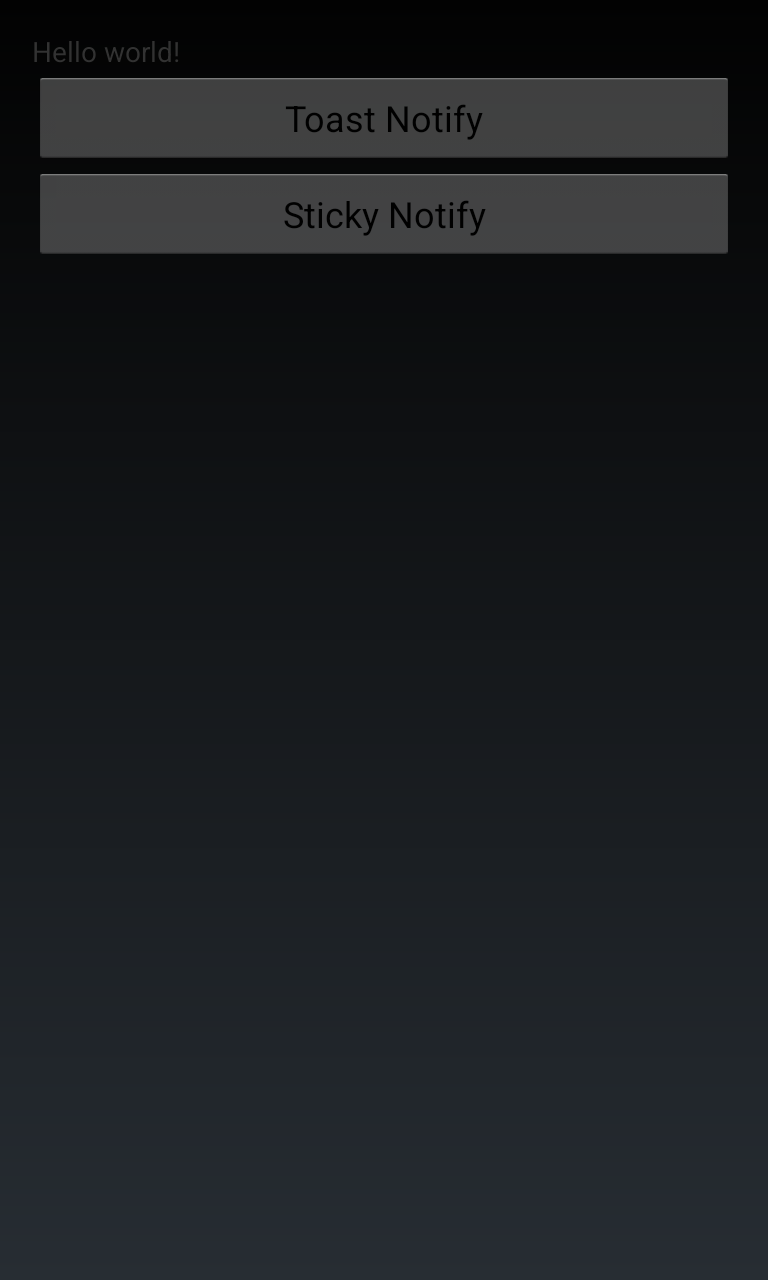
Repository: zubke/NotifyLib
Layout: Android-NotifySample/res/layout/activity_main.xml
The author's editor kept a copy of each file at every save. The layout is drawn from the files as they stood at one save, then again after the next save.
It is drawn on a 768 x 1280 px phone screen (xhdpi) without system bars, with theme AppTheme; the app's code is not run.

Above is the layout before, as saved 2013-10-07 19:15:55.

### Android-NotifySample/res/layout/activity_main.xml
<?xml version="1.0" encoding="utf-8"?>
<ScrollView xmlns:android="http://schemas.android.com/apk/res/android"
    android:layout_width="fill_parent"
    android:layout_height="fill_parent"
    android:background="@drawable/app_background" >

    <RelativeLayout
        android:layout_width="match_parent"
        android:layout_height="wrap_content"
        android:paddingBottom="@dimen/activity_vertical_margin"
        android:paddingLeft="@dimen/activity_horizontal_margin"
        android:paddingRight="@dimen/activity_horizontal_margin"
        android:paddingTop="@dimen/activity_vertical_margin" >

        <TextView
            android:id="@+id/textView1"
            android:layout_width="wrap_content"
            android:layout_height="wrap_content"
            android:text="@string/hello_world" />

        <Button
            android:id="@+id/button1"
            android:layout_width="match_parent"
            android:layout_height="wrap_content"
            android:layout_below="@+id/textView1"
            android:text="Toast Notify" />

        <Button
            android:id="@+id/button2"
            android:layout_width="match_parent"
            android:layout_height="wrap_content"
            android:layout_below="@+id/button1"
            android:text="Sticky Notify" />
    </RelativeLayout>

</ScrollView>

### Android-NotifySample/res/drawable/app_background.xml
<?xml version="1.0" encoding="utf-8"?>
<shape
    xmlns:android="http://schemas.android.com/apk/res/android"
    android:shape="rectangle">
    >
<gradient
    android:angle="270"
    android:startColor="#ff020202"
    android:endColor="#ff272D33"
    android:type="linear" />
</shape>

### Android-NotifySample/res/values/dimens.xml
<resources>

    <!-- Default screen margins, per the Android Design guidelines. -->
    <dimen name="activity_horizontal_margin">16dp</dimen>
    <dimen name="activity_vertical_margin">16dp</dimen>
    <!--  Default title margins -->
    <dimen name="title_margin_left">32dp</dimen>
    <dimen name="title_margin_top">16dp</dimen>
	<dimen name="title_margin_right">16dp</dimen>
</resources>

### Android-NotifySample/res/values/strings.xml
<?xml version="1.0" encoding="utf-8"?>
<resources>

    <string name="app_name">Android-NotifySample</string>
    <string name="action_settings">Settings</string>
    <string name="hello_world">Hello world!</string>

</resources>

Loaded but not shown: Android-NotifySample/res/values/styles.xml (common file); Android-NotifySample/res/values-v11/styles.xml (common file); Android-NotifySample/res/values-v14/styles.xml (common file)

After the next save:
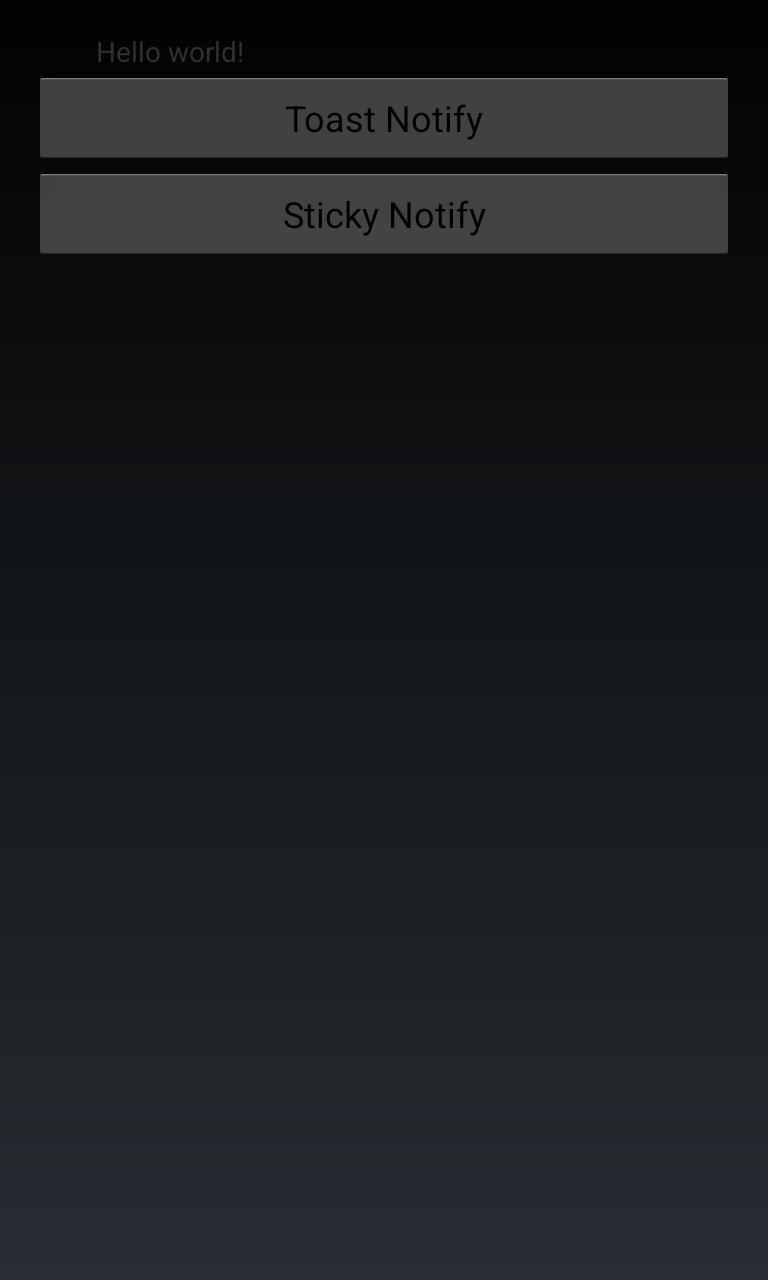
Saved 43 s later.
--- a/Android-NotifySample/res/layout/activity_main.xml
+++ b/Android-NotifySample/res/layout/activity_main.xml
@@ -16,6 +16,7 @@
             android:id="@+id/textView1"
             android:layout_width="wrap_content"
             android:layout_height="wrap_content"
+            android:layout_marginLeft="@dimen/title_margin_left"
             android:text="@string/hello_world" />
 
         <Button
